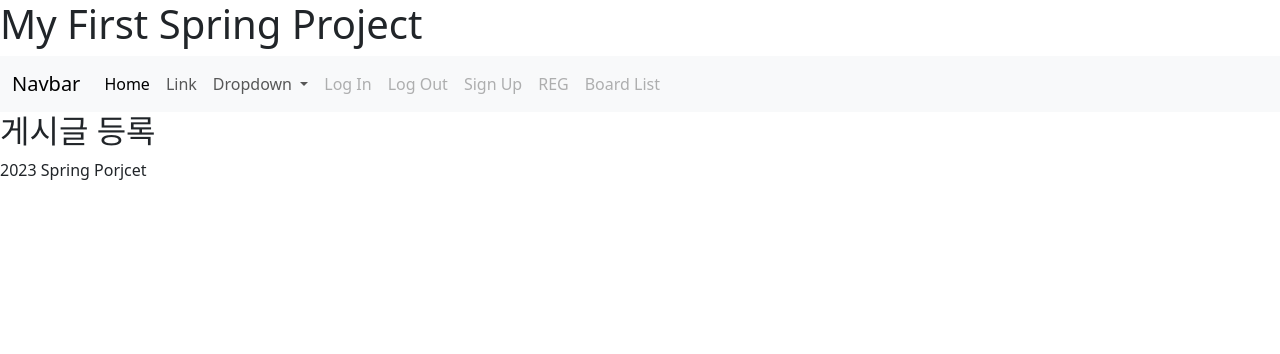
Repository: Leesunghoon1/ezenSpring
Page: http://localhost/spring-Test/WEB-INF/views/board/register.jsp
These files come from the project's save history. The page is drawn as it stood at one moment and after the next save; the edit follows.
The browser window is 1280 px wide. The pictures show the whole page.
The page is served by Tomcat 9. Nobody is signed in. The template is opened directly, without the code that normally fills it, so the values that code supplies are empty.

Above is the page before, as saved 2023-10-05 07:25:36.

After the next save:
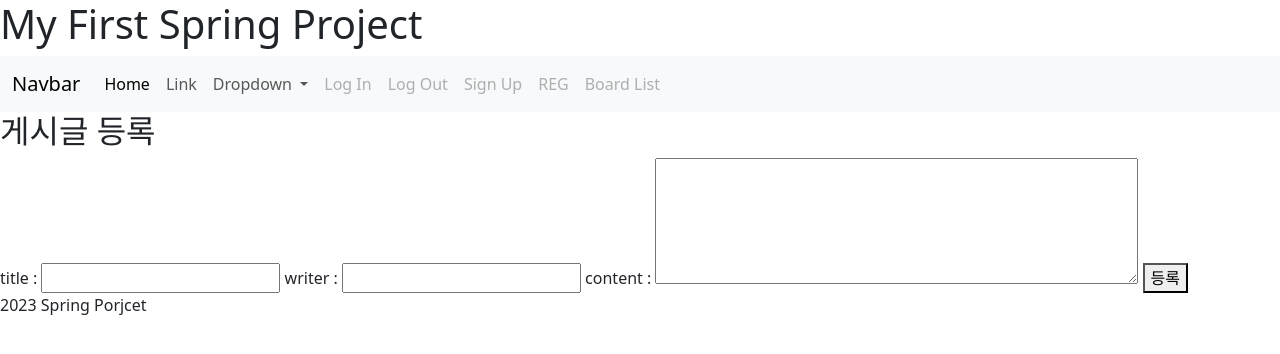
Saved 2 min 43 s later.
--- a/spring-Test/src/main/webapp/WEB-INF/views/board/register.jsp
+++ b/spring-Test/src/main/webapp/WEB-INF/views/board/register.jsp
@@ -10,10 +10,12 @@
 <body>
 <jsp:include page="../layout/header.jsp"></jsp:include>
 <h2> 게시글 등록 </h2>
+<!-- mapping 상태는 get / post 가 별도의 mapping을 가짐  -->
 <form action="/board/register" method="post">
-
-
-
+	title : <input type="text" name="title">
+	writer : <input type="text" name="writer">
+	content : <textarea rows="5" cols="50" name="content"></textarea>
+	<button>등록</button>
 </form>
 <jsp:include page="../layout/footer.jsp"></jsp:include>
 </body>
